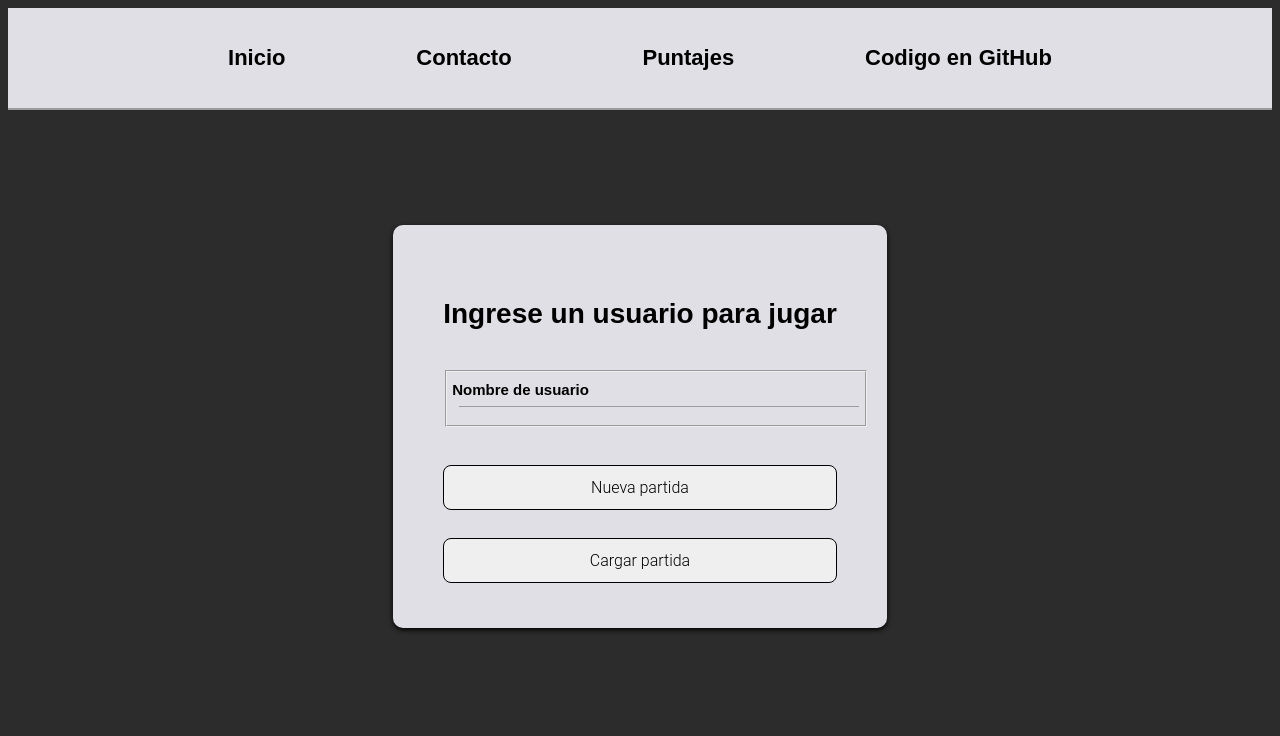
Repository: FacundoKinderknecht/FacundoKinderknecht_Wordle_Game_LPPA
Page: index.html
The author's editor kept a copy of each file at every save. The page is drawn from the files as they stood at one save, then again after the next save.
The browser window is 1280 px wide. The pictures show the whole page.

Above is the page before, as saved 2023-08-08 09:27:15.

### index.html
<!DOCTYPE html>
<html lang="en">
    <head>
        <meta charset="UTF-8">
        <meta http-equiv="X-UA-Compatible" content="IE=edge">
        <meta name="viewport" content="width=device-width, initial-scale=1.0">

        <link rel ="stylesheet" href="">
        <link rel="stylesheet" href="../css/styles.css">
        <link rel="stylesheet" href="../css/index.css">

        <script src="../js/index.js"></script>

        <title>Final LPPA Facundo Kinderknecht</title>
    </head>
    <body>
        <header>
            <nav class="navbar">
                <a href="../index.html">Inicio</a>
                <a href="">Contacto</a>
                <a href="../html/puntajes.html">Puntajes</a>
                <a href="https://github.com/FacundoKinderknecht/FacundoKinderknecht_Wordle_Game_LPPA" target="_blank">Codigo en GitHub</a>
            </nav>
        </header>

        <div class="form-container">
            <form class="form-user">
                <h2 class="form-title">Ingrese un usuario para jugar</h2>
                <fieldset class="form-login">
                    <input class="form-txt" id="txt-user" placeholder="">
                    <label class="form-lbl" id="lbl-user" for="txt-user">Nombre de usuario</label>
                </fieldset>
                <input type="button" class="form-button" value="Nueva partida" id="btn-new">
                <input type="button" class="form-button" value="Cargar partida" id="btn-load">
                <label class="form-txt-error hidden" id="lblErrorEmpty">Debe ingresar un usuario</label>
                <label class="form-txt-error hidden" id="error-new">Ese usuario ya tiene partida</label>
                <label class="form-txt-error hidden" id="error-load">No hay partida para ese usuario</label>
            </form>
        </div>
    </body>
</html>

### css/styles.css
body{
    font-family: Arial, Helvetica, sans-serif;
    background-color: rgba(0, 0, 0, 0.827);
    display:flex;
    align-items: center;
    flex-direction: column;
}

header{
    width: 100%;
    height: 100px;
    margin-bottom: 15px;
    display: flex;
    justify-content: justify-content;
    align-items: center;
    background-color: rgba(248, 248, 255, 0.874);
    border-bottom: 2px solid rgb(87, 87, 87, 0.49);
}

header nav{
    display:flexbox;
    justify-content: justify-content;
    align-items:center;
    text-align: center;
    width: 100%;
}

header nav a{
    text-decoration: none;
    align-items:center;
    font-weight: bold;
    font-size: 22px;
    color: black;
    margin: 5%;
}

.hidden {
    display:none;
}

### css/index.css
form{
    background-color: rgba(248, 248, 255, 0.874);
    margin: 100px auto;
    width: 90%;
    max-width: 400px;
    padding: 50px;
    padding-bottom: 25px;
    border-radius: 10px;
    box-shadow: 0px 2px 5px;
    text-align: center;
}

.form-title{
    font-size: 28px;
    margin-bottom: 40px;
    font-weight: 700;
}

.form-container{
    margin-top: 50px;
    display:flex;
    margin: auto;
}

.form-login{
    width: 100%;
    position: relative;
    margin-bottom: 30px;
}

.form-txt{
    width: 100%;
    background: none;
    margin-bottom: 8px;
    color: rgb(27, 27, 27);
    font-size: 16px;
    padding: 5px 3px;
    border:none;
    outline:none;
    border-bottom: 1px solid rgb(87, 87, 87, 0.49);
}

.form-txt:focus + .form-lbl, .form-txt:not(:placeholder-shown) + .form-lbl{
    transform: translateY(-13px) scale(0.9);
    transform-origin: left top;
}

.form-lbl{
    position:absolute;
    font-size: 15px;
    top:0;
    left:5px;
    font-weight: bold;
    transform: translateY(9px);
    transform-origin: left bottom;
    transition: transform .5s;
}

.form-txt-error{
    width: 100%;
    color:rgb(255, 0, 0);
    text-align: center;
}

.form-button{
    width: 100%;
    font-family: 'Roboto', sans-serif;
    font-weight: 300;
    font-size: 16px;
    padding: 12px 0px;
    border: 1px solid;
    border-radius: 8px;
    cursor: pointer;
    transition: background-color .3s;
    margin-top: 8px;
    margin-bottom: 20px;
}

.hidden{
    display: none;
}

### js/index.js
function getElements() {
    user = document.getElementById("txt-user")
    btnNew = document.getElementById("btn-new")
    btnLoad = document.getElementById("btn-load")
    lblErrorNew = document.getElementById("error-new")
    lblErrorLoad = document.getElementById("error-load")
}

window.onload = () => {
    getElements()
    hideLabels()


    //cuando presiono el boton nuevo juego chequeo las partidas guardas y logueo el usuario
    btnNew.onclick = (e) => {
        hideLabels()
        let currentUser = user.value
        if (currentUser) {
            if (localStorage.getItem(`saveGame${currentUser}`) === null) {
                sessionStorage.setItem("user", user.value)
                sessionStorage.setItem("isNew", true)
                location.href = '/html/wordle.html'
            } else {
                lblErrorNew.classList.toggle("hidden", false)
            }
        } else {
            lblErrorEmpty.classList.toggle("hidden", false)
        }
    }

    //cuando presiono el boton cargar partida chequeo las partidas guardas cargo una y logueo el usuario
    btnLoad.onclick = (e) => {
        hideLabels()
        let currentUser = user.value
        if (currentUser) {
            if ((`saveGame${currentUser}` in localStorage)) {
                sessionStorage.setItem("user", user.value)
                sessionStorage.setItem("isNew", "false")
                location.href = '/html/wordle.html'
            } else {
                lblErrorLoad.classList.toggle("hidden", false)
            }
        } else {
            lblErrorEmpty.classList.toggle("hidden", false)
        }
    }


    function hideLabels() {
        user.onfocus = () => {
            lblErrorEmpty.classList.toggle("hidden", true)
        }
    }
}

After the next save:
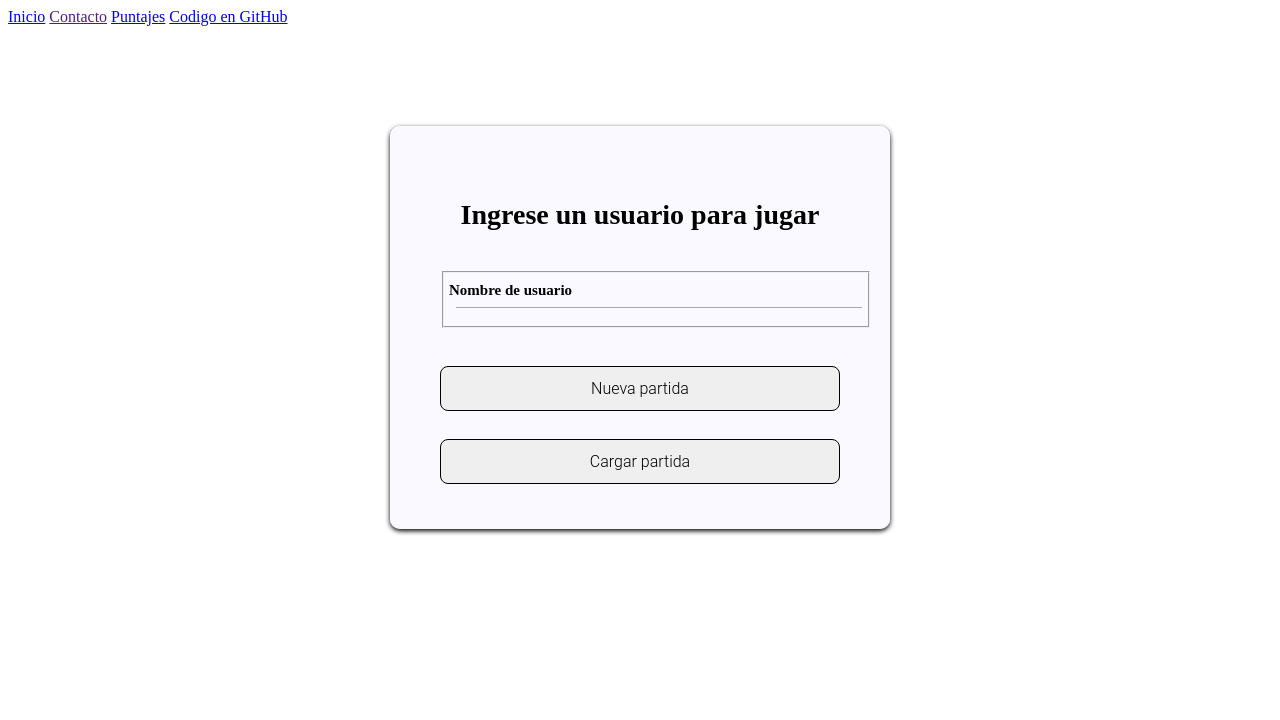
Saved 4 s later.
--- a/index.html
+++ b/index.html
@@ -6,7 +6,7 @@
         <meta name="viewport" content="width=device-width, initial-scale=1.0">
 
         <link rel ="stylesheet" href="">
-        <link rel="stylesheet" href="../css/styles.css">
+        <link rel="stylesheet" href="">
         <link rel="stylesheet" href="../css/index.css">
 
         <script src="../js/index.js"></script>
